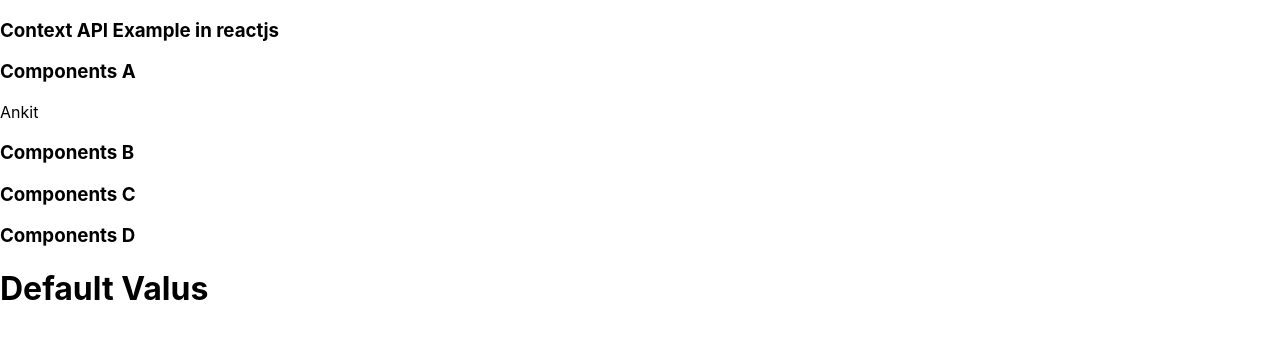
Repository: lalji-yadav/React-Context-API
Page: /a
The author's editor kept a copy of each file at every save. The page is drawn from the files as they stood at one save, then again after the next save.
The browser window is 1280 px wide. The pictures show the whole page.
The project was rebuilt for these pictures with package versions that can differ from the ones it lists, and the page was loaded fresh each time. Also part of the build but not shown: src/App.css.

Above is the page before, as saved 2021-02-11 13:55:37.

After the next save:
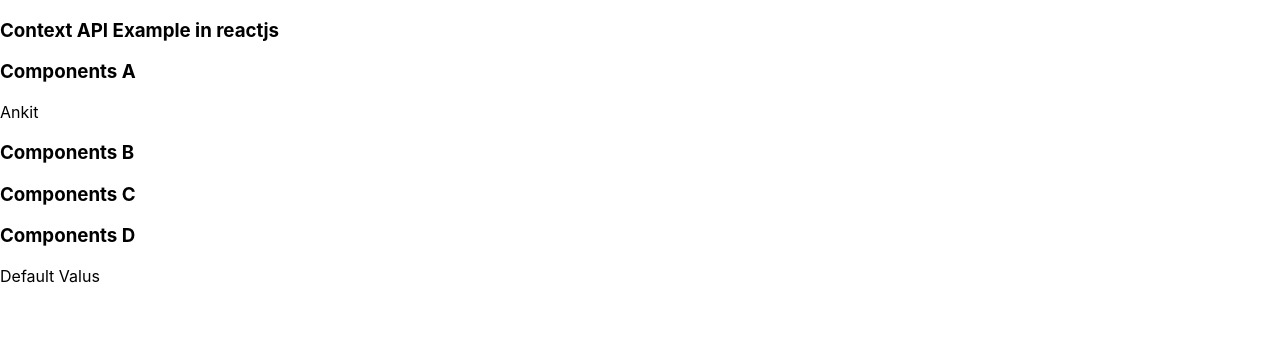
Saved 16 s later.
--- a/src/components/D.js
+++ b/src/components/D.js
@@ -10,7 +10,7 @@ const D = () => {
             <h3> Components D </h3>
             <Consumer>
                  {
-                     value=> <h1>{value}</h1>
+                     value=> <p>{value}</p>
                  }
              </Consumer>
         </div>
